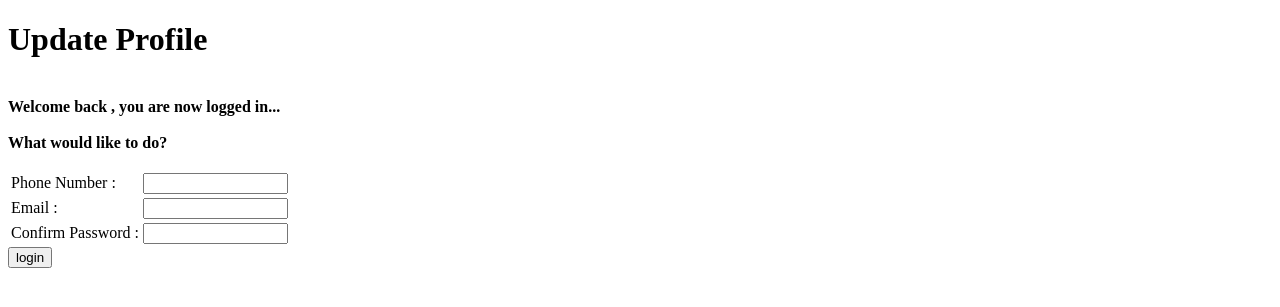
Repository: kingron98/SoftEng-Bank-Web-Application-
Page: http://localhost/SE3_BankWebApp/updateProfile.jsp
These files come from the project's save history. The page is drawn as it stood at one moment and after the next save; the edit follows.
The browser window is 1280 px wide. The pictures show the whole page.
The page is served by Tomcat 9.

Above is the page before, as saved 2020-12-11 21:03:12.

After the next save:
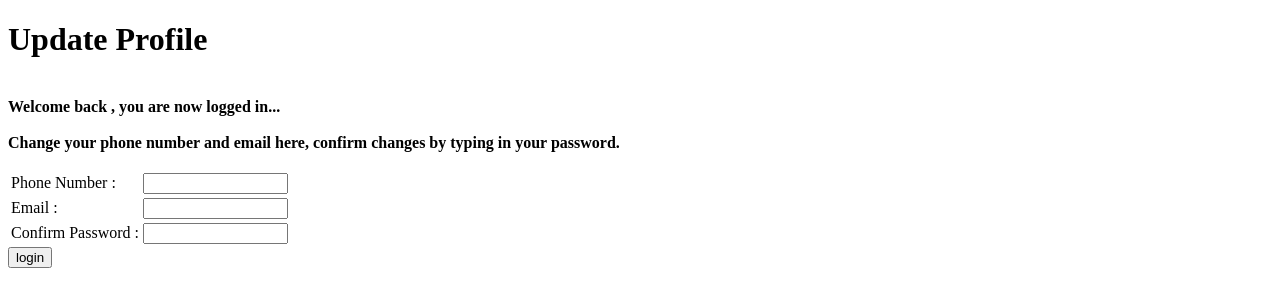
Saved 52 s later.
--- a/SE3 Bank App/Java/Workspace/SE3_BankWebApp/WebContent/updateProfile.jsp
+++ b/SE3 Bank App/Java/Workspace/SE3_BankWebApp/WebContent/updateProfile.jsp
@@ -19,7 +19,7 @@
 	<c:set var="bankaccount" value="${sessionScope.bankaccount}"/>
 	<b>Welcome back <c:out value="${customer.customerName}"/>, you are now logged in...</b>
 	<br/><br/>
-	<b>What would like to do?</b>
+	<b>Change your phone number and email here, confirm changes by typing in your password.</b>
 
 	<br/><br/>
 
